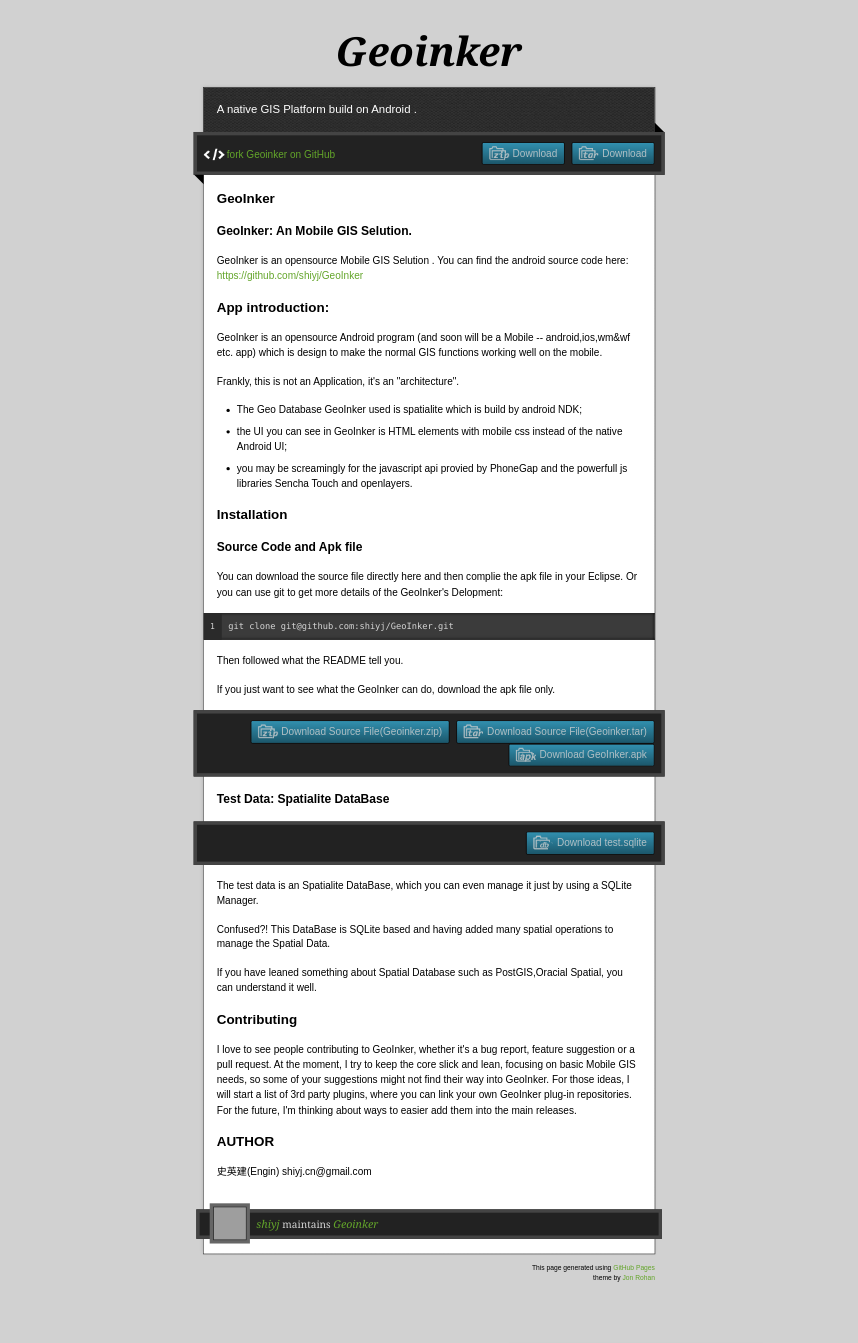
Repository: shiyj/GeoInker
Page: index.html
The author's editor kept a copy of each file at every save. The page is drawn from the files as they stood at one save, then again after the next save.
The browser window is 1280 px wide. The pictures show the whole page, at 67% of full size.
Pictures or frames that could not be fetched are drawn as grey boxes. Some web libraries are served in a nearby version.

Above is the page before, as saved 2012-08-13 04:01:47.

### index.html
<!doctype html>
<!-- The Time Machine GitHub pages theme was designed and developed by Jon Rohan, on Feb 7, 2012. -->
<!-- Follow him for fun. http://twitter.com/jonrohan. Tail his code on http://github.com/jonrohan -->
<html>
<head>
  <meta charset="utf-8">
  <meta http-equiv="X-UA-Compatible" content="IE=edge,chrome=1">

  <link rel="stylesheet" href="stylesheets/stylesheet.css" media="screen"/>
  <link rel="stylesheet" href="stylesheets/pygment_trac.css"/>
  <script type="text/javascript" src="https://ajax.googleapis.com/ajax/libs/jquery/1.7.1/jquery.min.js"></script>
  <script type="text/javascript" src="javascripts/script.js"></script>

  <title>Geoinker</title>
  <meta name="description" content="A native GIS Platform build on Android .">

  <meta name="viewport" content="width=device-width,initial-scale=1">

</head>

<body>

  <div class="wrapper">
    <header>
      <h1 class="title">Geoinker</h1>
    </header>
    <div id="container">
      <p class="tagline">A native GIS Platform build on Android .</p>
      <div id="main" role="main">
        <div class="download-bar">
        <div class="inner">
          <a href="https://github.com/shiyj/GeoInker/tarball/master" class="download-button tar"><span>Download</span></a>
          <a href="https://github.com/shiyj/GeoInker/zipball/master" class="download-button zip"><span>Download</span></a>
          <a href="https://github.com/shiyj/GeoInker" class="code">fork Geoinker on GitHub</a>
        </div>
        <span class="blc"></span><span class="trc"></span>
        </div>
        <article class="markdown-body">
          <h3>GeoInker</h3>

<h4>GeoInker: An Mobile GIS Selution.</h4>

<p>GeoInker is an opensource Mobile GIS Selution .
You can find the android source code here: <a href="https://github.com/shiyj/GeoInker">https://github.com/shiyj/GeoInker</a></p>

<h3>App introduction:</h3>
<p>GeoInker is an opensource Android program (and soon will be a Mobile -- android,ios,wm&amp;wf etc. app)
which is design to make the normal GIS functions working well on the mobile.</p>
<p>Frankly, this is not an Application, it's an "architecture".</p>
<ul>
<li>The Geo Database GeoInker used is spatialite which is build by android NDK;</li>
<li>the UI you can see in GeoInker is HTML elements with mobile css instead of the native Android UI;</li>
<li>you may be screamingly for the javascript api provied by PhoneGap and the powerfull js libraries Sencha Touch and openlayers.</li>
</ul>
<h3>Installation</h3>
<h4>Source Code and Apk file</h4>
<p>You can download the source file directly here and then <strong>complie the apk file in your Eclipse</strong>.
Or you can use git to get more details of the GeoInker's Delopment:</p>
<pre><code>git clone git@github.com:shiyj/GeoInker.git
</code></pre>
<p>Then followed what the README tell you.</p>
<p>If you just want to see what the GeoInker can do, download the <strong>apk file</strong> only.
<div class="download-bar">
<div class="inner">
<a href="https://github.com/shiyj/GeoInker/tarball/master" class="download-button tar"><span>Download Source File(Geoinker.tar)</span></a>
<a href="https://github.com/shiyj/GeoInker/zipball/master" class="download-button zip"><span>Download Source File(Geoinker.zip)</span></a>
<a href="./file/GeoInker.apk" class="download-button apk"><span>Download GeoInker.apk</span></a>
</div>
</div></p>
<h4>Test Data: Spatialite  DataBase</h4>
<p><div class="download-bar">
<div class="inner">
<a href="./file/test.sqlite" class="download-button sqlite"><span>Download test.sqlite</span></a>
</div></div></p>
<p>The test data is an Spatialite DataBase,
which you can even manage it just by using a SQLite Manager.</p>
<p><strong>Confused?!</strong>
This DataBase is SQLite based and having added many spatial operations to manage the Spatial Data.</p>
<p>If you have leaned something about Spatial Database such as PostGIS,Oracial Spatial,
you can understand it well.</p>
<h3>Contributing</h3>
<p>I love to see people contributing to GeoInker, whether it's a bug report, feature suggestion or a pull request. At the moment, I try to keep the core slick and lean, focusing on basic Mobile GIS needs, so some of your suggestions might not find their way into GeoInker. For those ideas, I will start a list of 3rd party plugins, where you can link your own GeoInker plug-in repositories. For the future, I'm thinking about ways to easier add them into the main releases.</p>
<h3>AUTHOR</h3>

<p>史英建(Engin)  shiyj.cn@gmail.com</p>
        </article>
      </div>
    </div>
    <footer>
      <div class="owner">
      <p><a href="https://github.com/shiyj" class="avatar"><img src="https://secure.gravatar.com/avatar/92036f4a575d38d49c08544befc3d625?s=30&amp;d=https://a248.e.akamai.net/assets.github.com%2Fimages%2Fgravatars%2Fgravatar-140.png" width="48" height="48"/></a> <a href="https://github.com/shiyj">shiyj</a> maintains <a href="https://github.com/shiyj/GeoInker">Geoinker</a></p>
      </div>
      <div class="creds">
        <small>This page generated using <a href="https://pages.github.com/">GitHub Pages</a><br/>theme by <a href="http://twitter.com/jonrohan/">Jon Rohan</a></small>
      </div>
    </footer>
  </div>
  <div class="current-section">
    <a href="#top">Scroll to top</a>
    <a href="https://github.com/shiyj/GeoInker/tarball/master" class="tar">tar</a><a href="https://github.com/shiyj/GeoInker/zipball/master" class="zip">zip</a><a href="" class="code">source code</a>
    <p class="name"></p>
  </div>


</body>
</html>

### stylesheets/pygment_trac.css
.highlight  { background: #ffffff; }
.highlight .c { color: #999988; font-style: italic } /* Comment */
.highlight .err { color: #a61717; background-color: #e3d2d2 } /* Error */
.highlight .k { font-weight: bold } /* Keyword */
.highlight .o { font-weight: bold } /* Operator */
.highlight .cm { color: #999988; font-style: italic } /* Comment.Multiline */
.highlight .cp { color: #999999; font-weight: bold } /* Comment.Preproc */
.highlight .c1 { color: #999988; font-style: italic } /* Comment.Single */
.highlight .cs { color: #999999; font-weight: bold; font-style: italic } /* Comment.Special */
.highlight .gd { color: #000000; background-color: #ffdddd } /* Generic.Deleted */
.highlight .gd .x { color: #000000; background-color: #ffaaaa } /* Generic.Deleted.Specific */
.highlight .ge { font-style: italic } /* Generic.Emph */
.highlight .gr { color: #aa0000 } /* Generic.Error */
.highlight .gh { color: #999999 } /* Generic.Heading */
.highlight .gi { color: #000000; background-color: #ddffdd } /* Generic.Inserted */
.highlight .gi .x { color: #000000; background-color: #aaffaa } /* Generic.Inserted.Specific */
.highlight .go { color: #888888 } /* Generic.Output */
.highlight .gp { color: #555555 } /* Generic.Prompt */
.highlight .gs { font-weight: bold } /* Generic.Strong */
.highlight .gu { color: #800080; font-weight: bold; } /* Generic.Subheading */
.highlight .gt { color: #aa0000 } /* Generic.Traceback */
.highlight .kc { font-weight: bold } /* Keyword.Constant */
.highlight .kd { font-weight: bold } /* Keyword.Declaration */
.highlight .kn { font-weight: bold } /* Keyword.Namespace */
.highlight .kp { font-weight: bold } /* Keyword.Pseudo */
.highlight .kr { font-weight: bold } /* Keyword.Reserved */
.highlight .kt { color: #445588; font-weight: bold } /* Keyword.Type */
.highlight .m { color: #009999 } /* Literal.Number */
.highlight .s { color: #d14 } /* Literal.String */
.highlight .na { color: #008080 } /* Name.Attribute */
.highlight .nb { color: #0086B3 } /* Name.Builtin */
.highlight .nc { color: #445588; font-weight: bold } /* Name.Class */
.highlight .no { color: #008080 } /* Name.Constant */
.highlight .ni { color: #800080 } /* Name.Entity */
.highlight .ne { color: #990000; font-weight: bold } /* Name.Exception */
.highlight .nf { color: #990000; font-weight: bold } /* Name.Function */
.highlight .nn { color: #555555 } /* Name.Namespace */
.highlight .nt { color: #000080 } /* Name.Tag */
.highlight .nv { color: #008080 } /* Name.Variable */
.highlight .ow { font-weight: bold } /* Operator.Word */
.highlight .w { color: #bbbbbb } /* Text.Whitespace */
.highlight .mf { color: #009999 } /* Literal.Number.Float */
.highlight .mh { color: #009999 } /* Literal.Number.Hex */
.highlight .mi { color: #009999 } /* Literal.Number.Integer */
.highlight .mo { color: #009999 } /* Literal.Number.Oct */
.highlight .sb { color: #d14 } /* Literal.String.Backtick */
.highlight .sc { color: #d14 } /* Literal.String.Char */
.highlight .sd { color: #d14 } /* Literal.String.Doc */
.highlight .s2 { color: #d14 } /* Literal.String.Double */
.highlight .se { color: #d14 } /* Literal.String.Escape */
.highlight .sh { color: #d14 } /* Literal.String.Heredoc */
.highlight .si { color: #d14 } /* Literal.String.Interpol */
.highlight .sx { color: #d14 } /* Literal.String.Other */
.highlight .sr { color: #009926 } /* Literal.String.Regex */
.highlight .s1 { color: #d14 } /* Literal.String.Single */
.highlight .ss { color: #990073 } /* Literal.String.Symbol */
.highlight .bp { color: #999999 } /* Name.Builtin.Pseudo */
.highlight .vc { color: #008080 } /* Name.Variable.Class */
.highlight .vg { color: #008080 } /* Name.Variable.Global */
.highlight .vi { color: #008080 } /* Name.Variable.Instance */
.highlight .il { color: #009999 } /* Literal.Number.Integer.Long */

.type-csharp .highlight .k { color: #0000FF }
.type-csharp .highlight .kt { color: #0000FF }
.type-csharp .highlight .nf { color: #000000; font-weight: normal }
.type-csharp .highlight .nc { color: #2B91AF }
.type-csharp .highlight .nn { color: #000000 }
.type-csharp .highlight .s { color: #A31515 }
.type-csharp .highlight .sc { color: #A31515 }

Loaded but not shown: javascripts/script.js (52 lines, source omitted); stylesheets/stylesheet.css (605 lines, source omitted)

After the next save:
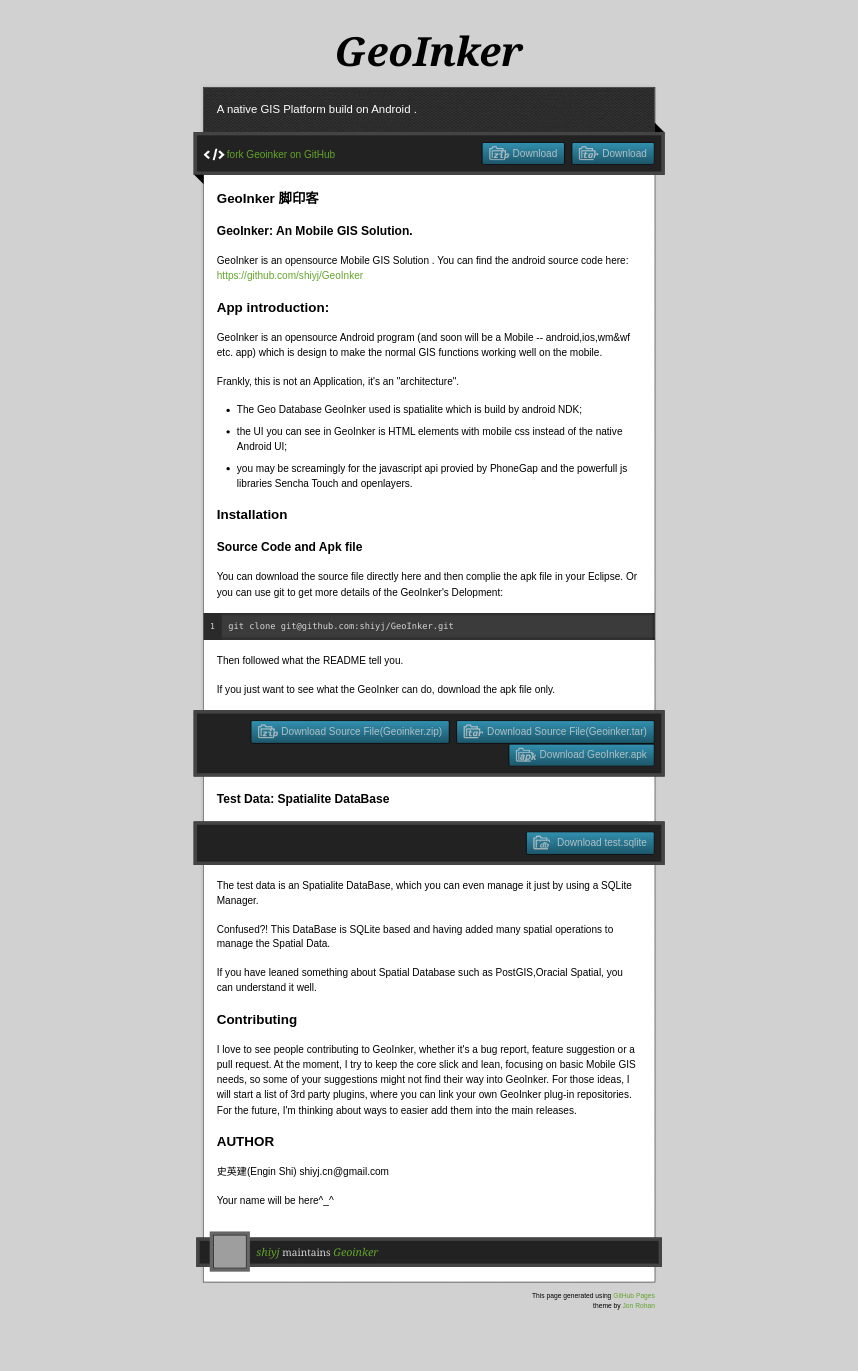
Saved 55 days later.
--- a/index.html
+++ b/index.html
@@ -22,7 +22,7 @@
 
   <div class="wrapper">
     <header>
-      <h1 class="title">Geoinker</h1>
+      <h1 class="title">GeoInker</h1>
     </header>
     <div id="container">
       <p class="tagline">A native GIS Platform build on Android .</p>
@@ -36,11 +36,11 @@
         <span class="blc"></span><span class="trc"></span>
         </div>
         <article class="markdown-body">
-          <h3>GeoInker</h3>
+          <h3>GeoInker 脚印客</h3>
 
-<h4>GeoInker: An Mobile GIS Selution.</h4>
+<h4>GeoInker: An Mobile GIS Solution.</h4>
 
-<p>GeoInker is an opensource Mobile GIS Selution .
+<p>GeoInker is an opensource Mobile GIS Solution .
 You can find the android source code here: <a href="https://github.com/shiyj/GeoInker">https://github.com/shiyj/GeoInker</a></p>
 
 <h3>App introduction:</h3>
@@ -82,7 +82,8 @@
 <p>I love to see people contributing to GeoInker, whether it's a bug report, feature suggestion or a pull request. At the moment, I try to keep the core slick and lean, focusing on basic Mobile GIS needs, so some of your suggestions might not find their way into GeoInker. For those ideas, I will start a list of 3rd party plugins, where you can link your own GeoInker plug-in repositories. For the future, I'm thinking about ways to easier add them into the main releases.</p>
 <h3>AUTHOR</h3>
 
-<p>史英建(Engin)  shiyj.cn@gmail.com</p>
+<p>史英建(Engin Shi)  shiyj.cn@gmail.com</p>
+<p>Your name will be here^_^</p>
         </article>
       </div>
     </div>
